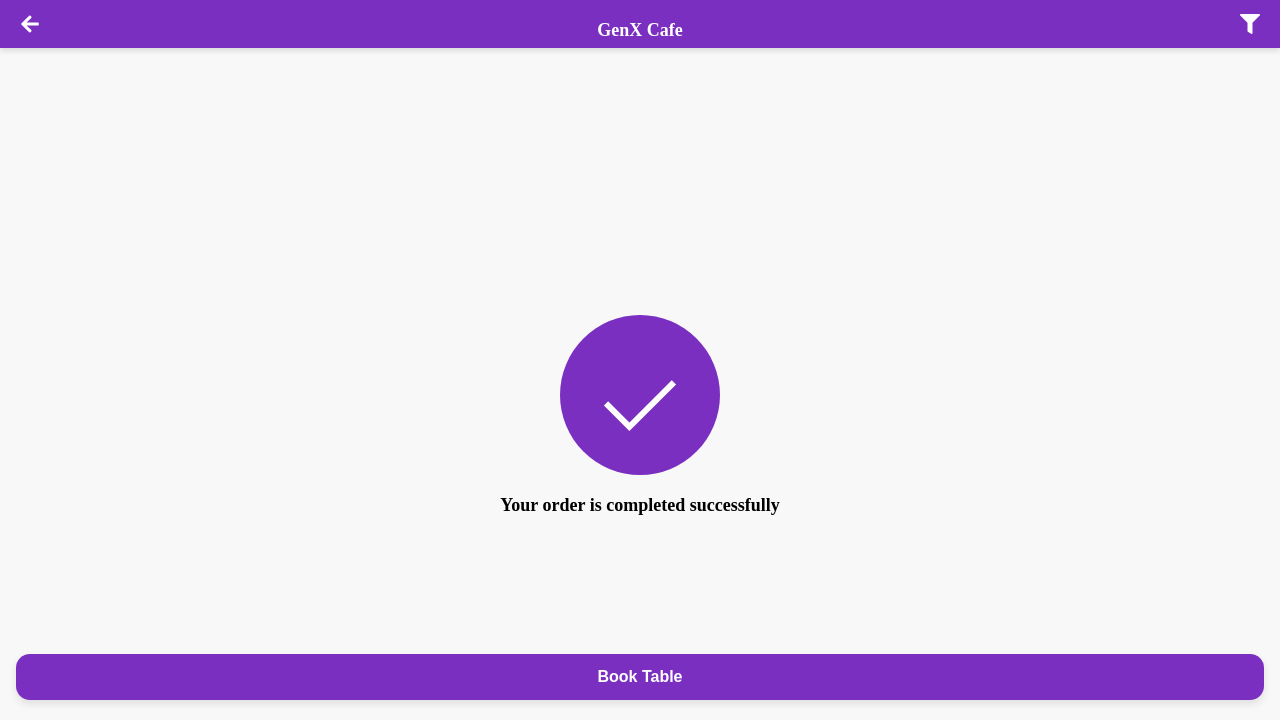
Repository: rajeshwaranslv/sturdy-spork-genx-frontend
Page: /success
These files come from the project's save history. The page is drawn as it stood at one moment and after the next save; the edit follows.
The browser window is 1280 px wide. The pictures show the whole page.
The project was rebuilt for these pictures with package versions that can differ from the ones it lists, and the page was loaded fresh each time. Also part of the build but not shown: src/components/TableSelection.js, src/components/menu.css, src/components/MenuSelection.js, src/components/order.css, src/components/OrderReview.js, src/components/Billing.js.

Above is the page before, as saved 2025-07-16 17:17:41.

After the next save:
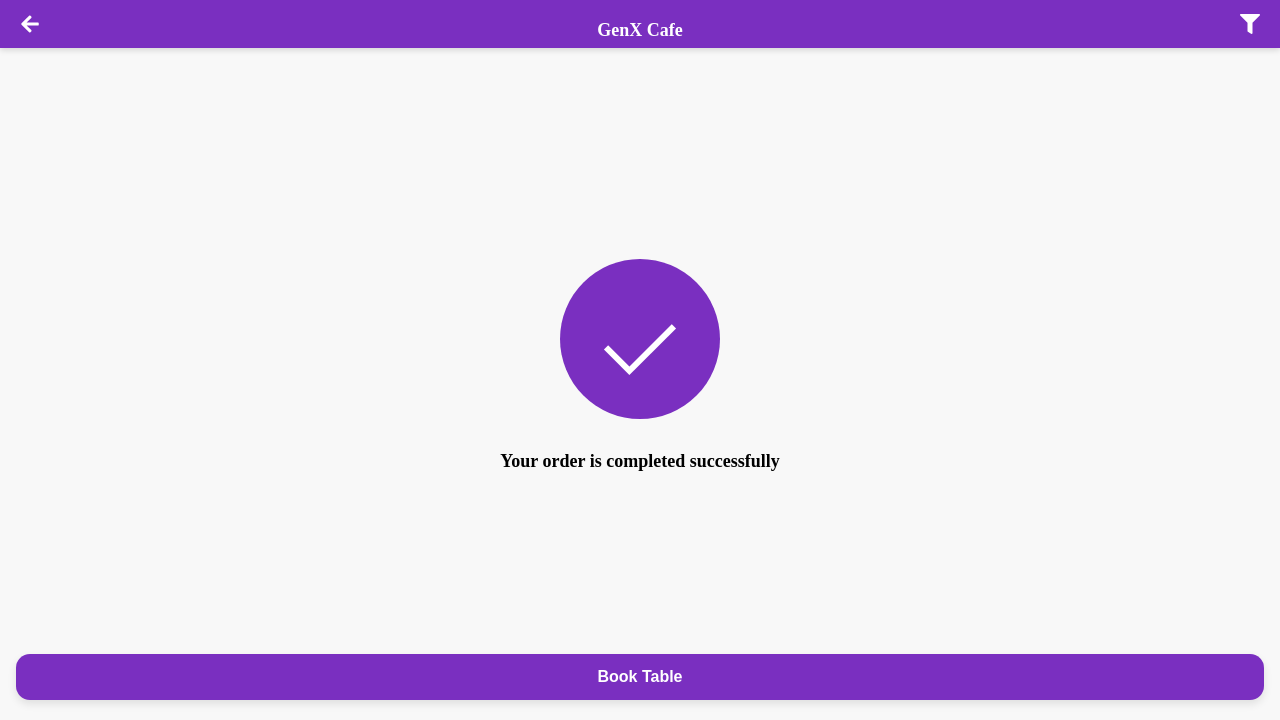
Saved 11 s later.
--- a/src/components/success.css
+++ b/src/components/success.css
@@ -1,9 +1,9 @@
-/* Container for Success Page */
 .success-page {
   min-height: 100vh;
   display: flex;
   flex-direction: column;
   padding-top: 70px; /* space for header */
+  padding-bottom: 100px; /* space for footer button */
   align-items: center;
   justify-content: center;
   background-color: #f8f8f8;
@@ -12,14 +12,14 @@
   box-sizing: border-box;
 }
 
-/* Header Bar */
+/* ✅ Header Bar */
 .header-bar {
   position: fixed;
   top: 0;
   left: 0;
   right: 0;
   background: #7a2fc0;
-  color: white ;
+  color: white;
   display: flex;
   justify-content: space-between;
   align-items: center;
@@ -34,8 +34,7 @@
   transform: translateX(-50%);
   margin: 0;
   font-size: 20px;
-   color: white !important ;
-
+  color: white !important;
 }
 
 .icon {
@@ -45,7 +44,16 @@
   z-index: 10;
 }
 
-/* Checkmark Animation */
+/* ✅ Main Content */
+.success-body {
+  flex: 1;
+  display: flex;
+  flex-direction: column;
+  justify-content: center;
+  align-items: center;
+}
+
+/* ✅ Checkmark Animation */
 .checkmark-circle {
   width: 160px;
   height: 160px;
@@ -84,14 +92,14 @@
   }
 }
 
-/* Success Message */
+/* ✅ Message */
 .success-page h2 {
   font-size: 18px;
   margin-top: 12px;
   color: #000000;
 }
 
-/* Fixed Bottom Button */
+/* ✅ Footer Button */
 .footer-btn {
   position: fixed;
   bottom: 20px;
